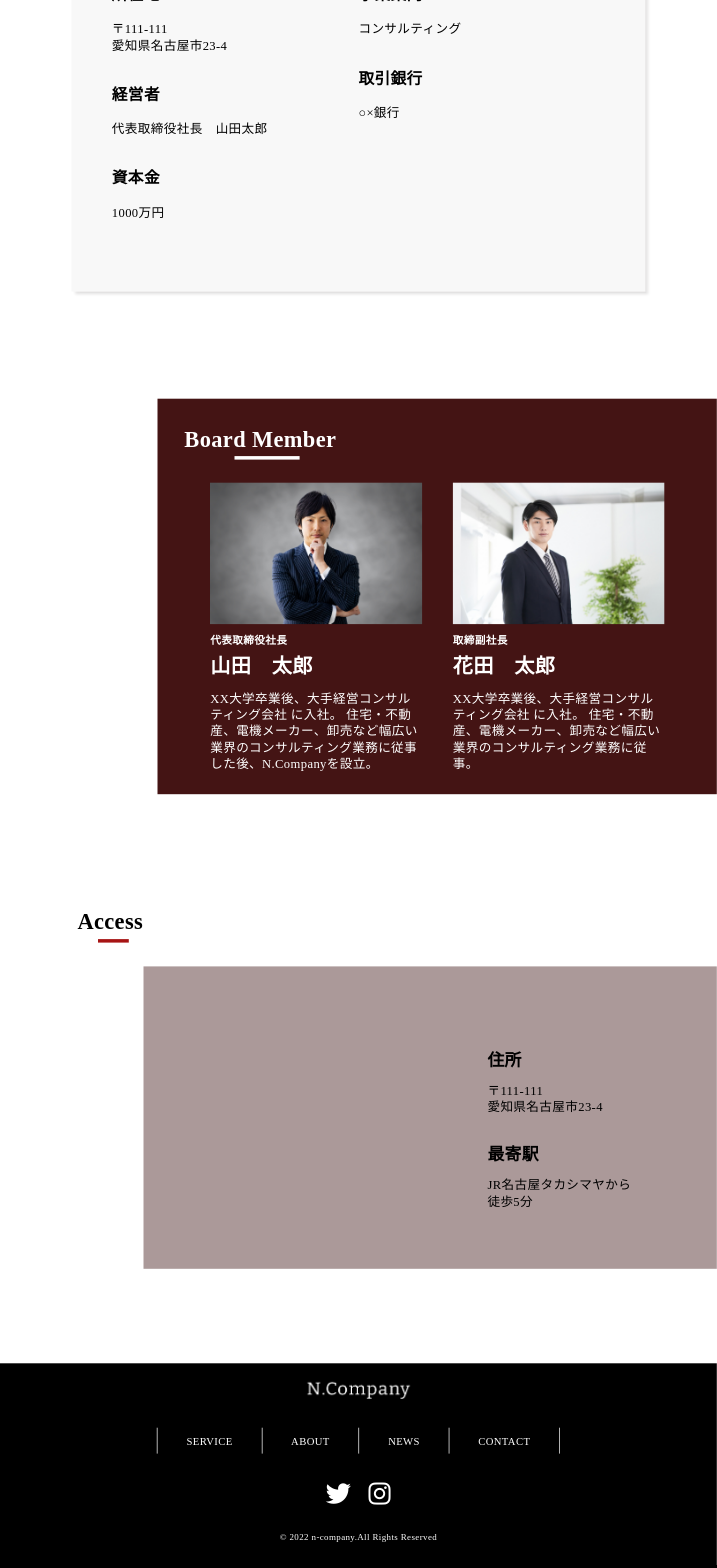
Repository: nozomi-23/hp2_test
Page: html/about.html
These files come from the project's save history. The page is drawn as it stood at one moment and after a run of saves; the edit follows.
The browser window is 1024 px wide. The pictures show the part of the page from y = 1031 to 3271 px (the page is 3271 px tall), at 70% of full size.
Pictures or frames that could not be fetched are drawn as grey boxes. Some web fonts or font styles are not loaded; a fallback is used. Some web libraries are served in a nearby version.

Above is the page before, as saved 2022-06-26 22:53:39.

After the next 2 saves:
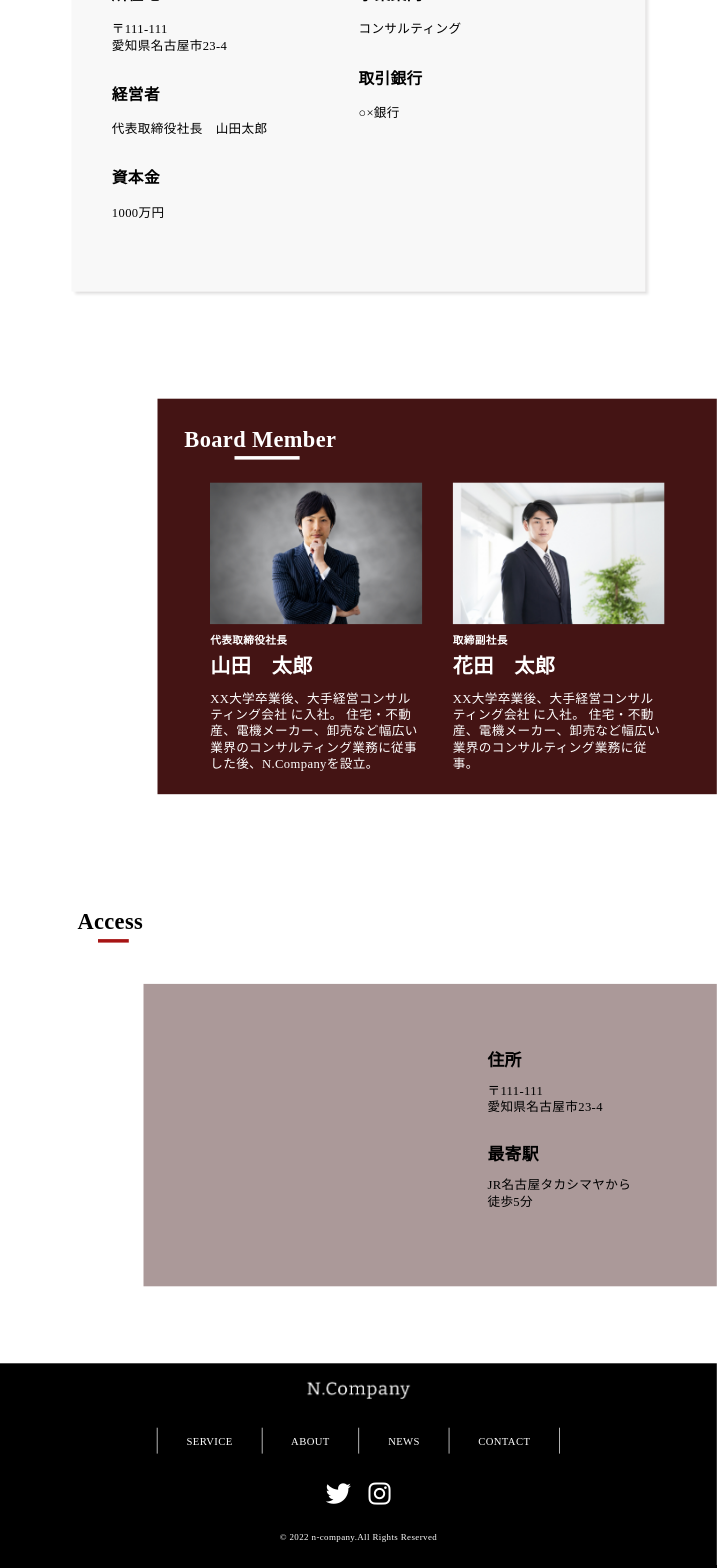
The 2 saves are shown as one change because they came seconds apart.
The last was saved 21 s later.
--- a/css/about.css
+++ b/css/about.css
@@ -143,5 +143,6 @@ access
 
   .access_bg {
     height: 60vh;
+    top: -8%;
   }
 }
